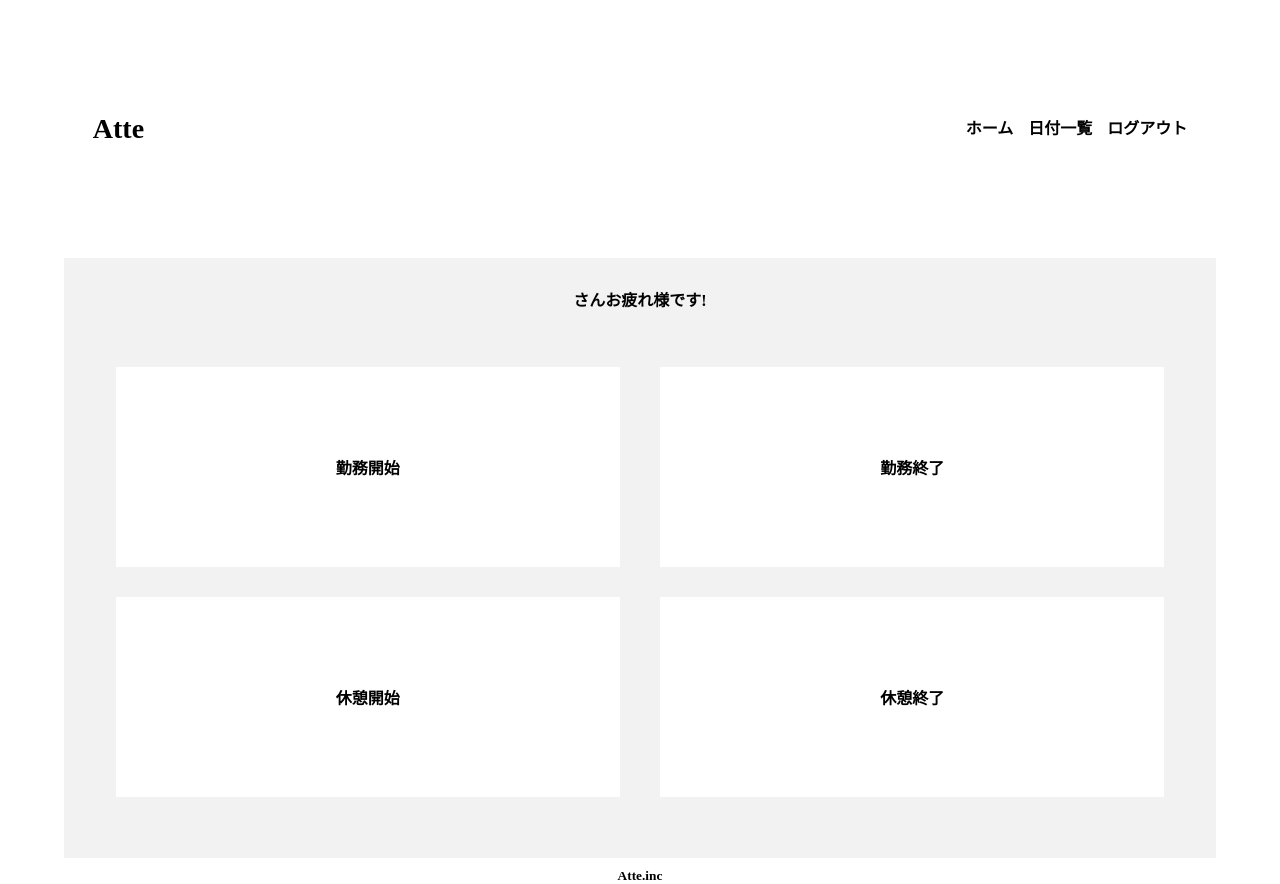
Repository: akihirofukyama/advanceapp_Nuxt
Page: /stamp
These files come from the project's save history. The page is drawn as it stood at one moment and after a run of saves; the edit follows.
The browser window is 1280 px wide. The pictures show the whole page.
The project was rebuilt for these pictures with package versions that can differ from the ones it lists, and the page was loaded fresh each time. The framework's server and built-in components were replaced by stand-ins that run in the browser. Also part of the build but not shown: nuxt.config.js, components/NuxtLogo.vue, components/Tutorial.vue. Imported but missing from the stored project, and not drawn on this page: pages/component/Panel01.vue, pages/component/Panel02.vue, pages/component/Panel03.vue.

Above is the page before, as saved 2022-02-11 18:35:09.

### pages/stamp.vue
<template>
  <div class="main">
     <div class="date">
      <h1 class="title">Atte</h1>
      <div class="header">
        <p class="home"><a href="#">ホーム</a></p>
        <p class="date_page"><a href="#">日付一覧</a></p>
        <p class="logout"><a href="#">ログアウト</a></p>
      </div>

    </div>
    <div class="stamp">
      <h2 class="h2">さんお疲れ様です!</h2>
        <div class="form_contents">
          <div class="form_content">
          <input class="button-add" type="button" value="勤務開始" @click="clickStart(1)"  :class="{ 'button-disabled': startDisabled }"  :disabled="startDisabled1">
          <input class="button-add" type="button" value="勤務終了" @click="clickStart(2)" :class="{ 'button-disabled': startDisabled }" :disabled="startDisabled2">
          </div>
          <div class="form_content">
          <input class="button-add" type="button" value="休憩開始" @click="clickStart(3)" :class="{ 'button-disabled': startDisabled }" :disabled="startDisabled3">
          <input class="button-add" type="button" value="休憩終了" @click="clickStart(4)" :class="{ 'button-disabled': startDisabled }" :disabled="startDisabled4">
          </div>
        </div>


    </div>
    <small class="small">Atte.inc</small>
  </div>
</template>

<script>
export default {
  data() {
    return {
      startDisabled1:false,
      startDisabled2:false,
      startDisabled3:false,
      startDisabled4:false,

    }
  },methods:{
    clickStart(s){
      if(s === 1){
        this.startDisabled1 = true;
        this.startDisabled2 = true;
        this.startDisabled3 = false;
        this.startDisabled4 = false;
      } else if (s === 2) {
        this.startDisabled1 = false;
        this.startDisabled2 = true;
        this.startDisabled3 = false;
        this.startDisabled4 = false;
      } else if (s === 3) {
        this.startDisabled1 = false;
        this.startDisabled2 = true;
        this.startDisabled3 = false;
        this.startDisabled4 = false;
      } else {
        this.startDisabled1 = false;
        this.startDisabled2 = true;
        this.startDisabled3 = false;
        this.startDisabled4 = true;

      }

    }
  }
}
</script>

<style>

 /* reset.css */
  @charset "UTF-8";

  html,
  body,
  div,
  span,
  applet,
  object,
  iframe,
  h1,
  h2,
  h3,
  h4,
  h5,
  h6,
  p,
  blockquote,
  pre,
  a,
  abbr,
  acronym,
  address,
  big,
  cite,
  code,
  del,
  dfn,
  em,
  img,
  ins,
  kbd,
  q,
  s,
  samp,
  small,
  strike,
  strong,
  sub,
  sup,
  tt,
  var,
  b,
  u,
  i,
  center,
  dl,
  dt,
  dd,
  ol,
  ul,
  li,
  fieldset,
  form,
  label,
  legend,
  table,
  caption,
  tbody,
  tfoot,
  thead,
  tr,
  th,
  td,
  article,
  aside,
  canvas,
  details,
  embed,
  figure,
  figcaption,
  footer,
  header,
  hgroup,
  menu,
  nav,
  output,
  ruby,
  section,
  summary,
  time,
  mark,
  audio,
  video {
    margin: 0;
    padding: 0;
    border: none;
    font-style: normal;
    text-align: left;
    zoom: 1;
  }

  article,
  aside,
  details,
  figcaption,
  figure,
  footer,
  header,
  hgroup,
  menu,
  nav,
  section {
    display: block;
  }

  table {
    border-collapse: collapse;
    font-family: inherit;
  }

  h1,
  h2,
  h3,
  h4,
  h5 {
    font-size: 100%;
    font-weight: normal;
    line-height: 1;
  }

  input,
  textarea,
  select {
    font-family: inherit;
    font-size: 16px;
  }

  input[type="button"],
  input[type="text"],
  input[type="submit"] {
    -webkit-appearance: none;
    border-radius: 0;
  }

  textarea {
    resize: none;
    -webkit-appearance: none;
    border-radius: 0;
  }

  th,
  td {
    border-collapse: collapse;
  }

  table th,
  table td {
    white-space: nowrap;
  }

  ul,
  ol {
    list-style-type: none;
  }

  img {
    vertical-align: text-bottom;
    vertical-align: -webkit-baseline-middle;
    max-width: 100%;
    height: auto;
    width: auto;
  }

  /* style.css */

  .main {
    width: 90%;
    margin: 0 auto;
  }

  .title {
    font-size: 28px;
    font-weight: bold;
  }


  .date {
    width: 95%;
    display: flex;
    justify-content: space-between;
    margin: 10% auto 0;
  }

  .header {
    display: flex;
    font-weight: bold;
  }

  .header p:not(:nth-last-of-type(1)) {
    margin-right: 15px;
  }

  a {
    text-decoration: none;
    color: black;
  }

  .h2 {
    text-align: center;
    padding-top: 3%;
    margin-bottom: 5%;
    font-weight: bold;
  }

  .stamp {
    width: 100%;
    height: 600px;
    margin: 10% auto 0;
    background-color: #f2f2f2;
  }

  .form {
    flex-wrap: wrap;
  }

  .form_contents {
    width: 98%;
    margin: 0 auto;
  }

  .form_content {
    display: flex;
    justify-content: space-between;
  }

  .form_content:nth-of-type(2) {
    margin-top: 30px;
  }

  .button-add:nth-of-type(1) {
    width: 47%;
    height: 200px;
    margin-left: 40px;
    margin-right: 20px;
    background-color: white;
    color: black;
    border: none;
    font-weight: bold;
  }

  .button-add:nth-of-type(2) {
    width: 47%;
    border: 1px solid grey;
    height: 200px;
    margin-left: 20px;
    margin-right: 40px;
    background-color: white;
    border: none;
    color: black;
    font-weight: bold;
  }

  .disabled {
    background-color:black;

  }

  .small {
    display: block;
    text-align: center;
    font-weight: bold;
    margin-top: 10px;
  }



</style>

After the next 2 saves:
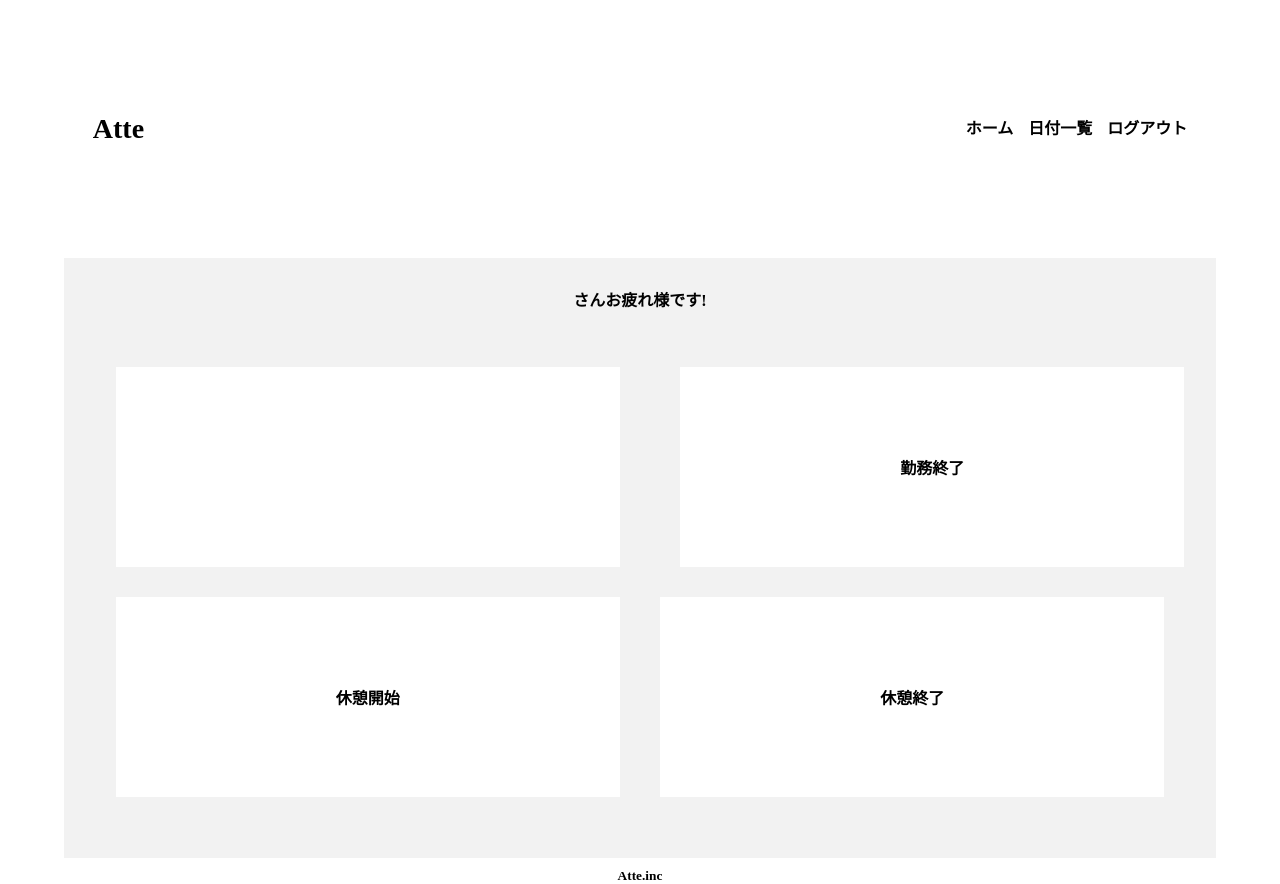
The 2 saves are shown as one change because 1 did not build or start.
The last was saved 3 min 44 s later.
--- a/pages/stamp.vue
+++ b/pages/stamp.vue
@@ -13,7 +13,7 @@
       <h2 class="h2">さんお疲れ様です!</h2>
         <div class="form_contents">
           <div class="form_content">
-          <input class="button-add" type="button" value="勤務開始" @click="clickStart(1)"  :class="{ 'button-disabled': startDisabled }"  :disabled="startDisabled1">
+          <button class="button-add" type="button" value="勤務開始" @click="clickStart(1)"  :class="{ 'button-disabled': startDisabled }"  :disabled="startDisabled1"></button>
           <input class="button-add" type="button" value="勤務終了" @click="clickStart(2)" :class="{ 'button-disabled': startDisabled }" :disabled="startDisabled2">
           </div>
           <div class="form_content">
